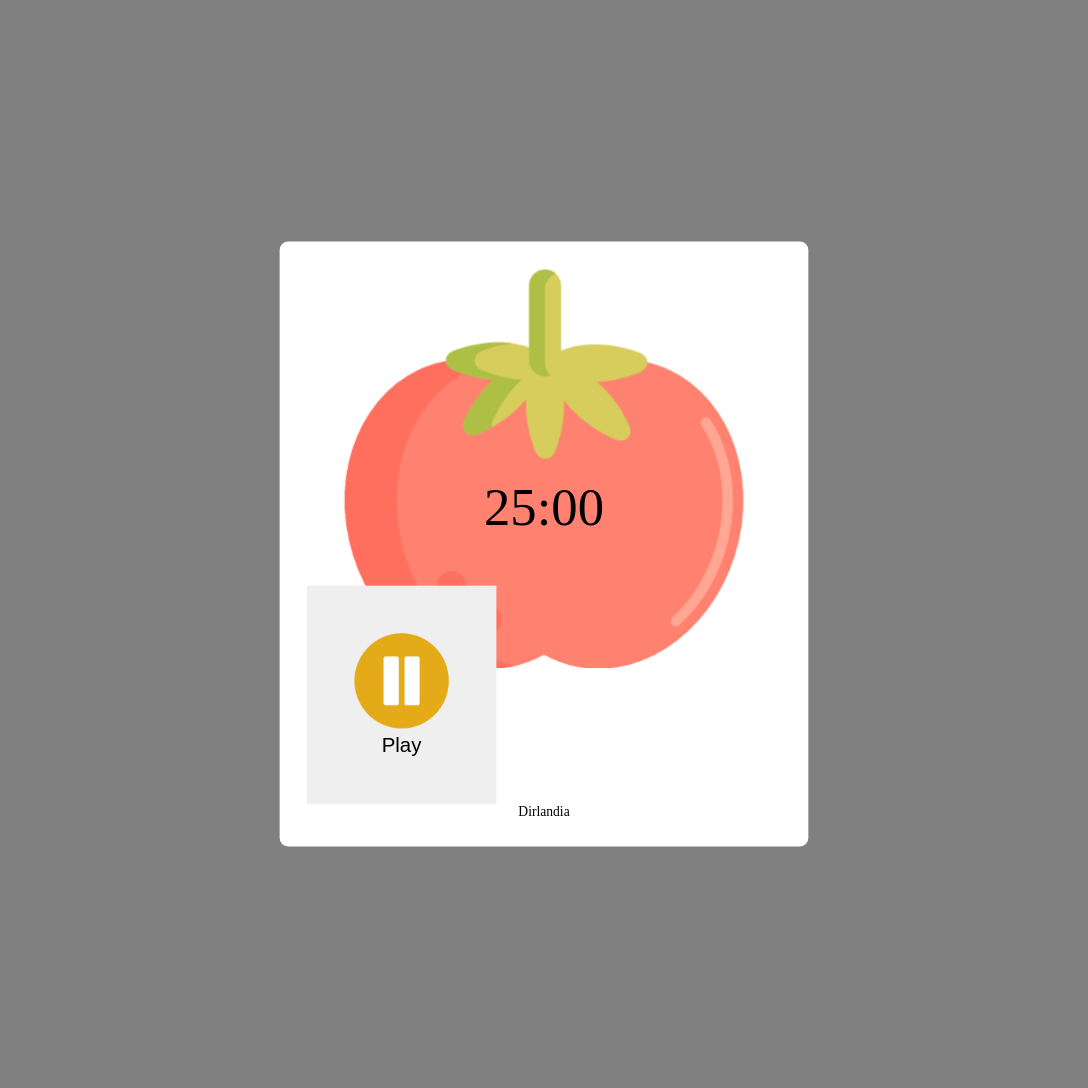
Repository: Dirlandia404/pomodoro
Page: /
An editor plug-in stored every save of this project. The page is shown before and after the next save, followed by the edit.
The browser window is 1280 px wide. The pictures show the whole page, at 85% of full size.
The project was rebuilt for these pictures with package versions that can differ from the ones it lists, and the page was loaded fresh each time.

Above is the page before, as saved 2021-11-24 23:51:42.

After the next save:
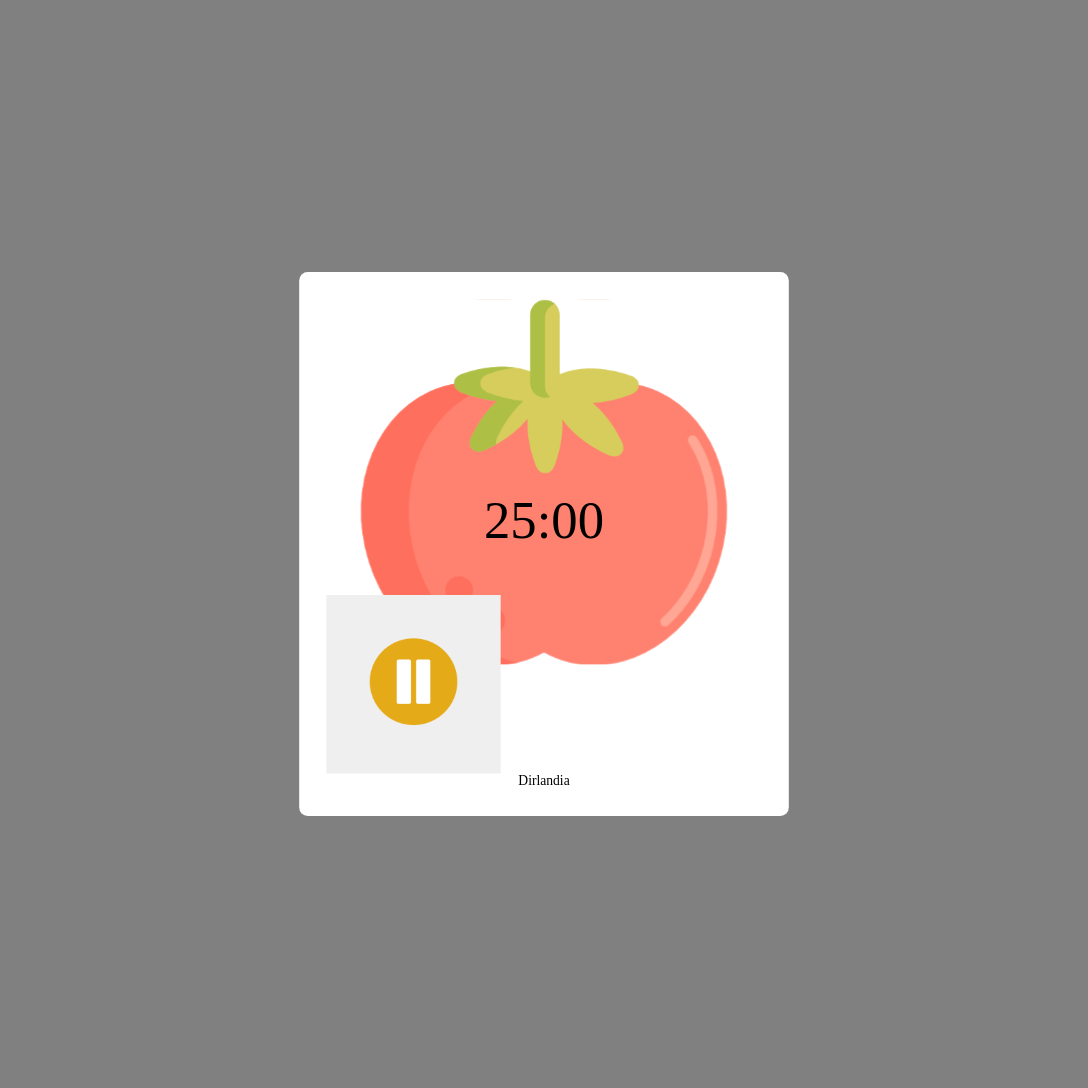
Saved 9 s later.
--- a/src/componentes/Primeiro.jsx
+++ b/src/componentes/Primeiro.jsx
@@ -24,7 +24,6 @@ function Clock(props){
                 <p className="time">25:00</p>
                 <button className="play">
                     <img src="./pausa.png" alt="" />
-                    Play
                 </button>
             </form>
            <p >Dirlandia</p>
